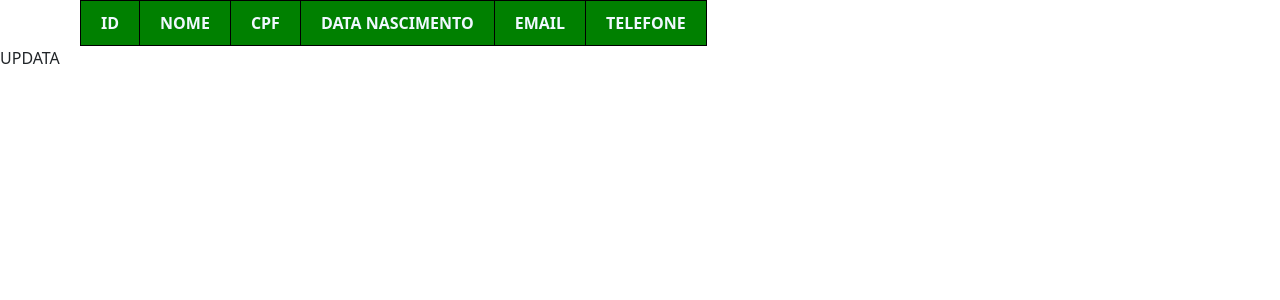
Repository: ujota/crud-cliente
Page: api-clientes/front/html/cliente.html
An editor plug-in stored every save of this project. The page is shown before and after the next save, followed by the edit.
The browser window is 1280 px wide. The pictures show the whole page.
The page's requests for data from a server got no answer.

Above is the page before, as saved 2022-10-03 19:20:38.

After the next save:
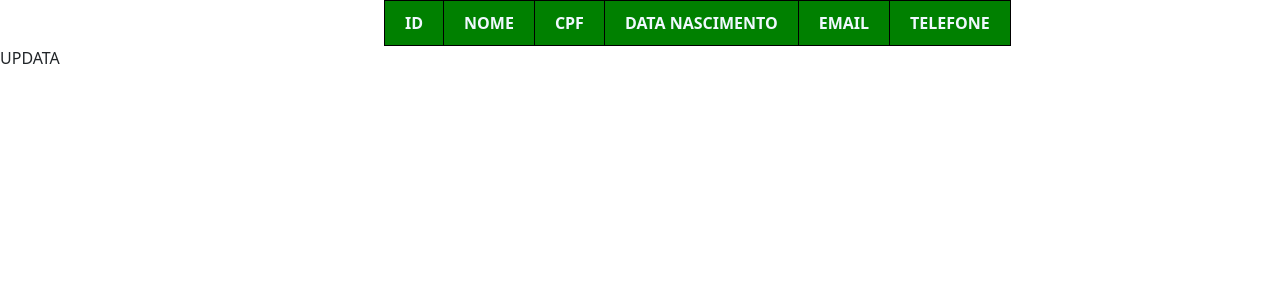
Saved 10 s later.
--- a/api-clientes/front/css/cliente.css
+++ b/api-clientes/front/css/cliente.css
@@ -1,5 +1,5 @@
 table{
-    margin-left: 80px;
+    margin-left: 30%;
     text-align: center;
     border-collapse: collapse;
     border-spacing: 0;
